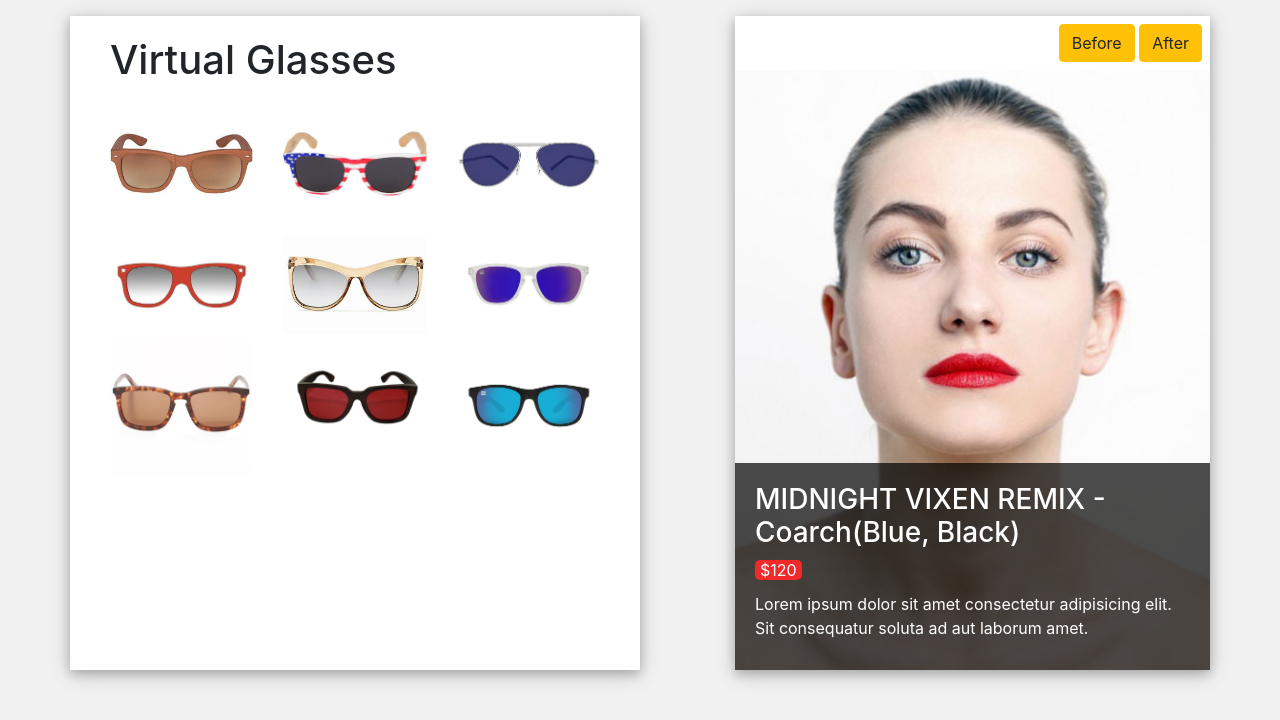
Repository: Khoi300399/BC35E_ES6_B2_MaThanhKhoi
Page: index.html
An editor plug-in stored every save of this project. The page is shown before and after the next save, followed by the edit.
The browser window is 1280 px wide. The pictures show the whole page.

Above is the page before, as saved 2022-10-21 23:45:47.

### index.html
<!DOCTYPE html>
<html lang="en">
  <head>
    <title>Virtual Glasses</title>
    <!-- Required meta tags -->
    <meta charset="utf-8" />
    <meta
      name="viewport"
      content="width=device-width, initial-scale=1, shrink-to-fit=no"
    />

    <!-- Bootstrap CSS -->
    <link
      rel="stylesheet"
      href="https://stackpath.bootstrapcdn.com/bootstrap/4.3.1/css/bootstrap.min.css"
      integrity="sha384-ggOyR0iXCbMQv3Xipma34MD+dH/1fQ784/j6cY/iJTQUOhcWr7x9JvoRxT2MZw1T"
      crossorigin="anonymous"
    />

    <!-- Main CSS -->
    <link rel="stylesheet" href="./css/index.css" />
  </head>

  <body>
    <div class="container vglasses py-3">
      <div class="row justify-content-between">
        <div class="col-6 vglasses__left">
          <div class="row">
            <div class="col-12">
              <h1 class="mb-2">Virtual Glasses</h1>
            </div>
          </div>
          <div class="row" id="vglassesList"></div>
        </div>
        <div class="col-5 vglasses__right p-0">
          <div class="vglasses__card">
            <div class="mb-2 text-right mt-2 mr-2">
              <button
                id="btn1"
                class="btn btn-warning"
                onclick="removeGlasses()"
              >
                Before
              </button>
              <button id="btn2" class="btn btn-warning" onclick="addGlasses()">
                After
              </button>
            </div>
            <div class="vglasses__model" id="avatar"></div>
            <div id="glassesInfo" class="vglasses__info">
              <h3>MIDNIGHT VIXEN REMIX - Coarch(Blue, Black)</h3>
              <span>$120</span>
              <p>
                Lorem ipsum dolor sit amet consectetur adipisicing elit. Sit
                consequatur soluta ad aut laborum amet.
              </p>
            </div>
          </div>
        </div>
      </div>
    </div>

    <!-- Optional JavaScript -->
    <!-- jQuery first, then Popper.js, then Bootstrap JS -->
    <script
      src="https://code.jquery.com/jquery-3.4.1.js"
      integrity="sha256-WpOohJOqMqqyKL9FccASB9O0KwACQJpFTUBLTYOVvVU="
      crossorigin="anonymous"
    ></script>
    <!-- <script src="https://code.jquery.com/jquery-3.3.1.slim.min.js" integrity="sha384-q8i/X+965DzO0rT7abK41JStQIAqVgRVzpbzo5smXKp4YfRvH+8abtTE1Pi6jizo" crossorigin="anonymous"></script> -->
    <script
      src="https://cdnjs.cloudflare.com/ajax/libs/popper.js/1.14.7/umd/popper.min.js"
      integrity="sha384-UO2eT0CpHqdSJQ6hJty5KVphtPhzWj9WO1clHTMGa3JDZwrnQq4sF86dIHNDz0W1"
      crossorigin="anonymous"
    ></script>
    <script
      src="https://stackpath.bootstrapcdn.com/bootstrap/4.3.1/js/bootstrap.min.js"
      integrity="sha384-JjSmVgyd0p3pXB1rRibZUAYoIIy6OrQ6VrjIEaFf/nJGzIxFDsf4x0xIM+B07jRM"
      crossorigin="anonymous"
    ></script>

    <!-- MAIN JS -->
    <script type="" src="./js/main.js"></script>
  </body>
</html>

### css/index.css
/* GLOBAL */
* {
  box-sizing: border-box;
}
body {
  background: #f1f1f1;
}

/* MAIN CSS */
.vglasses__left {
  background-color: white;
  padding: 20px 40px;
  box-shadow: 0 4px 10px 0 rgba(0, 0, 0, 0.2), 0 4px 20px 0 rgba(0, 0, 0, 0.19);
}
.vglasses__left .col-4 {
  align-self: center;
}
.vglasses__items {
  width: 50px;
  height: 50px;
}

.vglasses__left img {
  cursor: pointer;
  width: 100%;
  height: 100%;
}

.vglasses__right {
  box-shadow: 0 4px 10px 0 rgba(0, 0, 0, 0.2), 0 4px 20px 0 rgba(0, 0, 0, 0.19);
}

.vglasses__model {
  background-image: url("../img/model.jpg");
  background-position: center top;
  background-size: cover;
  height: 600px;
}

.vglasses__model img {
  position: absolute;
  top: 32%;
  left: 25%;
  width: 238px;
  height: 85px;
  opacity: 0.9;
}

.vglasses__card {
  position: relative;
  overflow: hidden;
  background-color: white;
}

.vglasses__info {
  position: absolute;
  bottom: 0;
  left: 0;
  background-color: rgba(0, 0, 0, 0.7);
  width: 100%;
  color: white;
  padding: 20px;
}

.vglasses__info h3 {
}

.vglasses__info span {
  border-radius: 5px;
  padding: 0 5px;
  background-color: rgb(241, 41, 41);
}

.vglasses__info p {
  margin: 10px 0;
}

#glasses {
  transition: all 0.5s;
}

### js/main.js
let dataGlasses = [
  {
    id: "G1",
    src: "./img/g1.jpg",
    virtualImg: "./img/v1.png",
    brand: "Armani Exchange",
    name: "Bamboo wood",
    color: "Brown",
    price: 150,
    description:
      "Lorem ipsum dolor sit amet consectetur adipisicing elit. Nobis ea voluptates officiis? ",
  },
  {
    id: "G2",
    src: "./img/g2.jpg",
    virtualImg: "./img/v2.png",
    brand: "Arnette",
    name: "American flag",
    color: "American flag",
    price: 150,
    description:
      "Lorem ipsum dolor, sit amet consectetur adipisicing elit. In assumenda earum eaque doloremque, tempore distinctio.",
  },
  {
    id: "G3",
    src: "./img/g3.jpg",
    virtualImg: "./img/v3.png",
    brand: "Burberry",
    name: "Belt of Hippolyte",
    color: "Blue",
    price: 100,
    description: "Lorem ipsum dolor, sit amet consectetur adipisicing elit.",
  },
  {
    id: "G4",
    src: "./img/g4.jpg",
    virtualImg: "./img/v4.png",
    brand: "Coarch",
    name: "Cretan Bull",
    color: "Red",
    price: 100,
    description: "In assumenda earum eaque doloremque, tempore distinctio.",
  },
  {
    id: "G5",
    src: "./img/g5.jpg",
    virtualImg: "./img/v5.png",
    brand: "D&G",
    name: "JOYRIDE",
    color: "Gold",
    price: 180,
    description:
      "Lorem ipsum dolor, sit amet consectetur adipisicing elit. Error odio minima sit labore optio officia?",
  },
  {
    id: "G6",
    src: "./img/g6.jpg",
    virtualImg: "./img/v6.png",
    brand: "Polo",
    name: "NATTY ICE",
    color: "Blue, White",
    price: 120,
    description: "Lorem ipsum dolor, sit amet consectetur adipisicing elit.",
  },
  {
    id: "G7",
    src: "./img/g7.jpg",
    virtualImg: "./img/v7.png",
    brand: "Ralph",
    name: "TORTOISE",
    color: "Black, Yellow",
    price: 120,
    description:
      "Lorem ipsum dolor sit amet consectetur adipisicing elit. Enim sint nobis incidunt non voluptate quibusdam.",
  },
  {
    id: "G8",
    src: "./img/g8.jpg",
    virtualImg: "./img/v8.png",
    brand: "Polo",
    name: "NATTY ICE",
    color: "Red, Black",
    price: 120,
    description:
      "Lorem ipsum dolor sit amet consectetur adipisicing elit. Reprehenderit, unde enim.",
  },
  {
    id: "G9",
    src: "./img/g9.jpg",
    virtualImg: "./img/v9.png",
    brand: "Coarch",
    name: "MIDNIGHT VIXEN REMIX",
    color: "Blue, Black",
    price: 120,
    description:
      "Lorem ipsum dolor sit amet consectetur adipisicing elit. Sit consequatur soluta ad aut laborum amet.",
  },
];

let renderGlassesUI = () => {
  let contentHTMl = ``;
  for (let value of dataGlasses) {
    contentHTMl += `
    <div class="col-4 .vglasses__items">
        <img src="${value.src}" onclick="btnShowGlasses('${value.virtualImg}')"  alt="" />
    </div>
    `;
  }
  document.querySelector("#vglassesList").innerHTML = contentHTMl;
};

let btnShowGlasses = (value) => {
  let contentHTML = `
    <img src="${value}" alt="" />
    `;
  document.querySelector("#avatar").innerHTML = contentHTML;
  document.querySelector("#avatar img").style.opacity = 0.8;
};

let removeGlasses = () => {
  document.querySelector("#avatar img").style.opacity = 0;
};

let addGlasses = () => {
  document.querySelector("#avatar img").style.opacity = 0.8;
};

window.onload = () => {
  renderGlassesUI();
};

After the next save:
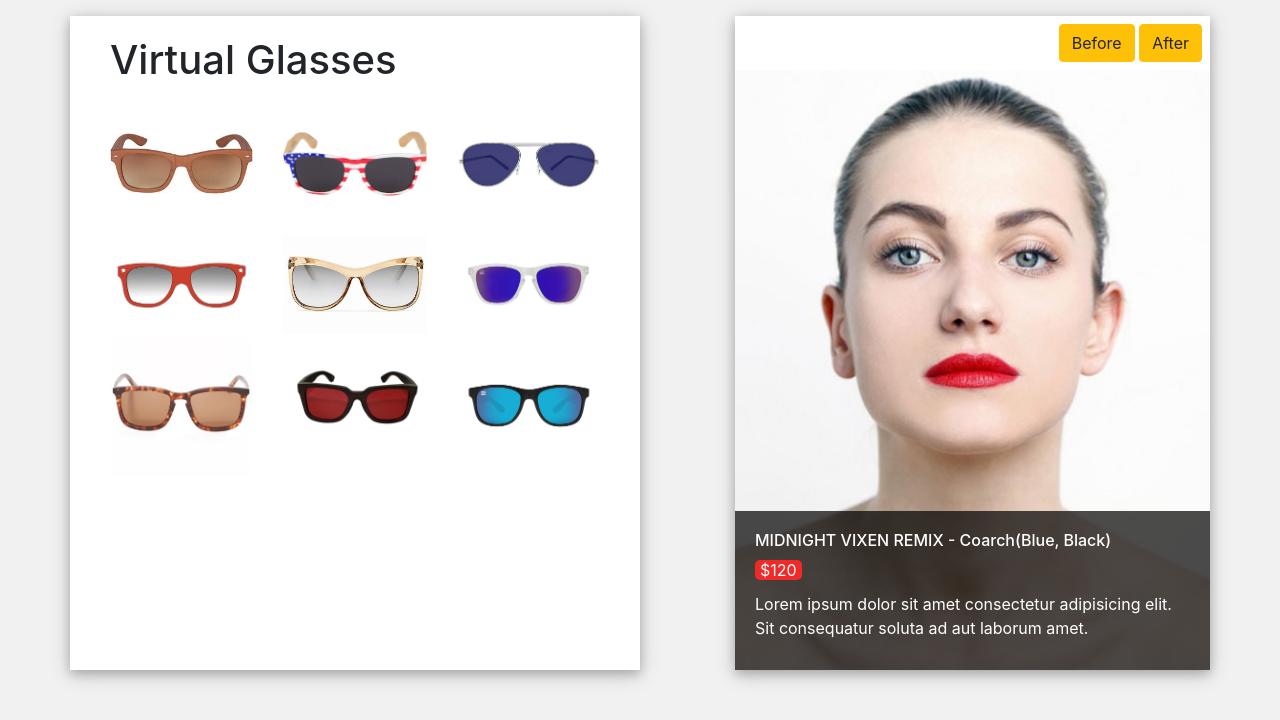
Saved 11 s later.
--- a/css/index.css
+++ b/css/index.css
@@ -63,6 +63,7 @@ body {
 }
 
 .vglasses__info h3 {
+  font-size: 1rem;
 }
 
 .vglasses__info span {
